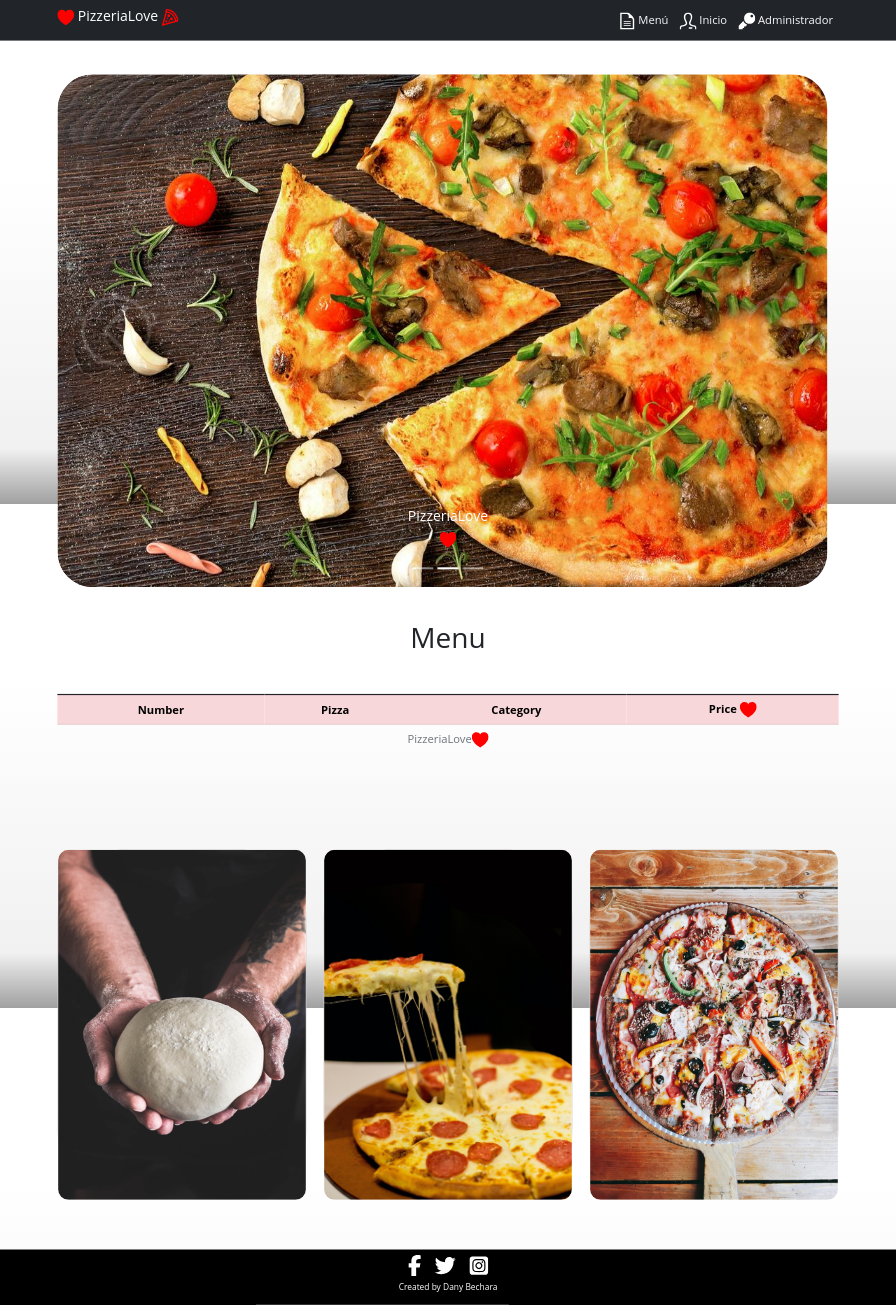
Repository: bechara611/PizzeriaLove
Page: /
These files come from the project's save history. The page is drawn as it stood at one moment and after the next save; the edit follows.
The browser window is 1280 px wide. The pictures show the whole page, at 70% of full size.
The page's requests for data from a server got no answer. Backgrounds fixed to the window are drawn as part of the page. The project was rebuilt for these pictures with package versions that can differ from the ones it lists, and the page was loaded fresh each time. No one was signed in, and anything a server would have sent is missing. Also part of the build but not shown: src/App.css, src/App.js, src/Componentes/FormularioAgregarMenu.css, src/Elementos/Alerta.js, src/Elementos/AlertaRed.js, src/Componentes/FormularioAgregarMenu.js.

Above is the page before, as saved 2022-02-25 22:28:13.

### src/index.js
import React,{useState} from 'react';
import ReactDOM from 'react-dom';
import './index.css';
import 'bootstrap/dist/css/bootstrap.css'
import 'bootstrap/dist/js/bootstrap.bundle.min';
import Header from './Componentes/Header';
import {BrowserRouter,Route, Routes,NavLink} from 'react-router-dom'
import {App,App2} from './App';
import WebFont from 'webfontloader'
import './index.css'
import Carousel from './Componentes/Carousel';
import Menu from './Componentes/Menu';
import Footer from './Componentes/Footer';
import { FormularioAgregarMenu } from './Componentes/FormularioAgregarMenu';
import Galeria from './Componentes/Galeria';

WebFont.load({
  google: {
    families: ['Open Sans:400,500,700', 'Sans-serif']
  }
});

const Index = () => {
  const [administrador,cambiaradministrador]=useState(false);
  const [admin,cambiaradmin]=useState('');
  return (
  <BrowserRouter>
     <Header administrador={administrador} cambiaradministrador={cambiaradministrador} cambiaradmin={cambiaradmin} admin={admin}></Header>
   {admin==='admin' ? <h2 className='my-5 tittle text-dark text-center'>ADMIN</h2>:<></>}
     <Carousel></Carousel>

    <Routes>
    <Route path='/' element={<Menu borrar={false} />} ></Route>
    <Route path='/administrador' element={<FormularioAgregarMenu />} ></Route>
    <Route path='/inicio' element={<Menu borrar={false} />} ></Route>
    </Routes>


    <Footer></Footer>
    </BrowserRouter>
    );
}


ReactDOM.render(

  <Index />,
  document.getElementById('root')
);

### src/index.css
* {
  margin: 0;
  font-family:'Open Sans';
  /* Permalink - use to edit and share this gradient: https://colorzilla.com/gradient-editor/#ffffff+0,ffffff+100&1+0,0+100;White+to+Transparent */



}


body
{
  background: rgb(255,255,255);
  background: linear-gradient(180deg, rgba(255,255,255,1) 0%, rgba(255,255,255,1) 35%, rgba(242,241,241,1) 89%, rgba(10,10,10,0.38699229691876746) 100%);

  background-attachment:fixed;
}

### src/Componentes/Header.js
import {NavLink} from 'react-router-dom'
import styled from 'styled-components';
import { BotonTipoNavLink,BotonTipoNavLinkA } from '../Elementos/BotonTipoNavLink';
import {Pizza2,Administrador2,Inicio2,Menu2,Contacto2,Heart2}from '../Elementos/ImagenesSVG';
import {App,App2} from './../App';
import './Header.css'


const Header = ({cambiaradministrador,administrador,cambiaradmin}) => {
    let url1,urladmin;
    url1="/inicio";
    urladmin='/administrador'
      return (
        <>

        <nav className="navbar navbar-expand-sm navbar-dark bg-dark  header_nav">
        <div className="container contenedor1 ">
        <div className='hijo1_header'>
         <BotonTipoNavLink to={url1} className="navbar-brand"> <Heart2 / > PizzeriaLove <Pizza2></Pizza2></BotonTipoNavLink>



        </div>
      <div className='hijo2_header'>
        <button
        className="navbar-toggler mt-2"
        type="button"
        data-bs-toggle="collapse"
        data-bs-target="#menu"
        aria-controls="menu"
        aria-expanded="false"
        aria-label="Mostrar / Ocultar Menu"
      >
        <span className="navbar-toggler-icon"></span>
      </button>

      <div className="collapse navbar-collapse" id="menu">
      <ul className="navbar-nav me-auto mb-2 mb-lg-0 header_menu">
      <li className="nav-item opcion"><a href="#menuu" className="nav-link text-light  opcion" onClick={()=>{cambiaradmin('usuario')}}><Menu2></Menu2> Menú</a></li>
        <li className="nav-item"><BotonTipoNavLinkA to={url1} className="nav-link text-light" onClick={()=>{cambiaradmin('usuario')}}><Inicio2/> Inicio</BotonTipoNavLinkA></li>
        <li className="nav-item"><BotonTipoNavLink to={urladmin} className="nav-link text-light" onClick={()=>{cambiaradmin('admin')}}> <Administrador2 /> Administrador</BotonTipoNavLink></li>
      </ul>

    </div>
    </div>
        </div>

      </nav>

      </>
       );
    }

    export default Header;

### src/Componentes/Carousel.js
import { Heart2 } from '../Elementos/ImagenesSVG'
import imagen1 from './../Imagenes/carousel1.jpg'
import imagen2 from './../Imagenes/carousel2.jpg'
import imagen3 from './../Imagenes/carousel3.jpg'
import './Carousel.css'
const Carousel = () => {
    return (

        <>
<section className="main">
  <div className="container">
    <div className="row mt-5">
      <div className="col">
        <div className="carousel slide carousel-fade" id="mi-carousel" data-bs-ride="carousel">
          <div className="carousel-inner">
            <div className="carousel-item active">
            <div className="carousel-caption">
            <h5>PizzeriaLove</h5>
            <p><Heart2></Heart2></p>
          </div>
              <img className="img-fluid" src={imagen1} alt='' />
            </div>

            <div className="carousel-item" data-bs-interval="5000">
              <div className="carousel-caption">
                <h5>PizzeriaLove</h5>
                <p><Heart2></Heart2></p>
              </div>
              <img className="img-fluid" src={imagen2}  alt=''/>
            </div>
            <div className="carousel-item">
            <div className="carousel-caption">
            <h5>PizzeriaLove</h5>
            <p><Heart2></Heart2></p>
          </div>
            <img className="img-fluid" src={imagen3} alt='' />
            </div>
          </div>



          <button
            className="carousel-control-prev botonprev"
            type="button"
            data-bs-target="#mi-carousel"
            data-bs-slide="prev"
          >
            <span className="carousel-control-prev-icon  icono" aria-hidden="true"></span>
            <span className="visually-hidden">Prev</span>
          </button>
          <button
            className="carousel-control-next"
            type="button"
            data-bs-target="#mi-carousel"
            data-bs-slide="next"
          >
            <span className="carousel-control-next-icon icono" aria-hidden="true"></span>
            <span className="visually-hidden">Next</span>
          </button>




          <div className="carousel-indicators">
            <button
              type="button"
              className="active"
              data-bs-target="#mi-carousel"
              data-bs-slide-to="0"
              aria-label="Slide 1"
            ></button>
            <button
              type="button"
              className=""
              data-bs-target="#mi-carousel"
              data-bs-slide-to="1"
              aria-label="Slide 2"
            ></button>
            <button
              type="button"
              className=""
              data-bs-target="#mi-carousel"
              data-bs-slide-to="2"
              aria-label="Slide 3"
            ></button>
          </div>
        </div>
      </div>
    </div>
  </div>

</section>


        </>
     );
}

export default Carousel;

### src/Componentes/Menu.js
import React from 'react'
import { Heart2, Trash2 } from '../Elementos/ImagenesSVG';
import { db } from '../Firebase/FirebaseConfig';
import './Menu.css'
import useObtenerMenu from '../Hooks/useObtenerMenu';
import BorrarDocumento from '../Firebase/Borrar';
import Galeria from './Galeria';

const Menu = ({borrar}) => {
   const [platos,cambiarplatos]=useObtenerMenu();


    return (
        <>
        <div className="container contenedor-tabla">
        <div className="row my-5">

        <div className="col titulo">
        {borrar===true ?   <h1 className=''>Admin, you can delete a plate here:</h1> :    <h1 className=''>Menu</h1>}

        </div>
        </div>
            <div className="row my-5">

             <div className="table-responsive " id='menuu'>
            <table className="table table-hover table" >
            <caption className='captionMenu'>PizzeriaLove<Heart2></Heart2></caption>
             <thead>
             <tr className={borrar===true?'table-success' : 'table-danger'}>
             <th>Number</th>
             <th>Pizza</th>
             <th>Category </th>
             <th>Price <Heart2></Heart2> </th>
             </tr>
             </thead>
             <tbody>
             {
                 platos.map((plato,index)=>{
                     return <React.Fragment key={index}>
                     <tr onClick={()=>{


                     }} >
                     <td>{index +1}</td>
                     <td>{plato.plato}</td>
                     <td>{plato.categorias}</td>
                     {borrar===true ?    <td>{plato.precio}$  <Trash2 onClick={()=>{
                        if (borrar===true) {
                            BorrarDocumento(plato.id)
                         }
                     }}></Trash2> </td> : <td>{plato.precio}</td> }

                     </tr>
                     </React.Fragment>
                 })
             }
             </tbody>
             </table>
            </div>


            </div>
        </div>
        <Galeria></Galeria>
        </>

        )

}

export  default Menu;

### src/Componentes/Footer.js
import styled from "styled-components";
import './Footer.css'
import { FontAwesomeIcon } from '@fortawesome/react-fontawesome'
import { faCoffee } from '@fortawesome/free-solid-svg-icons'
import {  faFacebookF,faInstagramSquare,faTwitter } from '@fortawesome/free-brands-svg-icons';
import useObtenerMenu from "../Hooks/useObtenerMenu";


const Footer = () => {
    let face='https://www.facebook.com';
    let insta='https://www.instagram.com';
    let twitter='https://www.twitter.com';
    let nuevaPestana="_blank"

    return (
        <>
        <div className="container-fluid " >
        <div className="row fila">
        <footer className="col-12 footer">
        <a href={face} target={nuevaPestana} className='face'><FontAwesomeIcon icon={faFacebookF}/></a>
        <a href={twitter} target={nuevaPestana} className='twitter'><FontAwesomeIcon icon={faTwitter}/></a>
        <a href={insta} target={nuevaPestana} className='instagram'><FontAwesomeIcon icon={faInstagramSquare}/></a>

        </footer>
        <p className="col-12">Created by Dany Bechara</p>
        </div>
        </div>
        </>
     );
}

export default Footer;

### src/Componentes/Galeria.js
import React from 'react';
import './Galeria.css'
import  Pizza1 from './../Imagenes/Pizza1.jpg'
import  Pizza2 from './../Imagenes/Pizza2.jpg'
import  Pizza3 from './../Imagenes/Pizza3.jpg'
import  Pizza4 from './../Imagenes/Pizza4.jpg'
import  Pizza5 from './../Imagenes/Pizza5.jpg'
import  Pizza6 from './../Imagenes/Pizza6.jpg'
import  Pizza7 from './../Imagenes/Pizza7.jpg'

import {ReactComponent as Menu} from './../Imagenes/Menu.svg'
const Galeria = () => {
    return (

        <>
        <div className="container   py-5">
    <div className="row my-4 ">
        <div className="col-lg-4">
            <div className="card cardcita">
           < img src={Pizza5} alt="" className=" cardcitaImagen"></img>
            </div>
        </div>
        <div className="col-lg-4">
            <div className="card cardcita">
           < img src={Pizza2} alt="" className="cardcitaImagen"></img>
            </div>
        </div>
        <div className="col-lg-4">
            <div className="card cardcita">
           < img src={Pizza3} alt="" className="cardcitaImagen"></img>
            </div>
        </div>
    </div>


        </div>
        </>
     );
}

export default Galeria;

### src/Elementos/BotonTipoNavLink.js
import styled from "styled-components"
import { NavLink } from "react-router-dom"
    const BotonTipoNavLink = styled(NavLink)`
    &:hover
    {
      text-decoration: underline;
      color: black;
    }
    `

    const BotonTipoNavLinkA=styled(BotonTipoNavLink)`
    text-decoration: none;
      color: black;
      cursor:pointer;
    `
    export {BotonTipoNavLink,BotonTipoNavLinkA}

### src/Elementos/ImagenesSVG.js
import styledComponents from 'styled-components';
import {ReactComponent as Pizza} from './../Imagenes/Pizza.svg'
import {ReactComponent as Inicio} from './../Imagenes/Inicio.svg'
import {ReactComponent as Menu} from './../Imagenes/Menu.svg'
import {ReactComponent as Administrador} from './../Imagenes/Administrador.svg'
import {ReactComponent as Contacto} from './../Imagenes/Contacto.svg'
import {ReactComponent as Heart} from './../Imagenes/Heart.svg'
import {ReactComponent as Trash} from './../Imagenes/Trash.svg'
const Pizza2 = styledComponents(Pizza)`
font-size:10px;
z-index: 1;
color:white;
fill:red;

`;
const Inicio2 = styledComponents(Inicio)`
font-size:10px;
z-index: 1;
color:white;
fill:white;

`;
const Menu2 = styledComponents(Menu)`
font-size:10px;
z-index: 1;
color:white;
fill:white;

`;
const Administrador2 = styledComponents(Administrador)`
font-size:10px;
z-index: 1;
color:white;
fill:white;

`;

const Contacto2 = styledComponents(Contacto)`
font-size:10px;
z-index: 1;
color:white;
fill:white;

`;

const Heart2 = styledComponents(Heart)`
font-size:10px;
z-index: 1;
color:white;
fill:red;

`;

const Trash2=styledComponents(Trash)`
fill:blue;
cursor:pointer;
`

export {Pizza2,Administrador2,Inicio2,Menu2, Contacto2,Heart2,Trash2}

### src/Componentes/Header.css

*{
   box-sizing: border-box;
   margin: 0;
   padding: 0;


}
.header_nav2
{
    /* margin-top: -8px; */
    background: -moz-linear-gradient(top,  rgba(211,126,128,1) 0%, rgba(146,171,207,0) 76%, rgba(134,179,222,0) 90%, rgba(125,185,232,0) 100%); /* FF3.6-15 */
background: -webkit-linear-gradient(top,  rgba(211,126,128,1) 0%,rgba(146,171,207,0) 76%,rgba(134,179,222,0) 90%,rgba(125,185,232,0) 100%); /* Chrome10-25,Safari5.1-6 */
background: linear-gradient(to bottom,  rgba(211,126,128,1) 0%,rgba(146,171,207,0) 76%,rgba(134,179,222,0) 90%,rgba(125,185,232,0) 100%); /* W3C, IE10+, FF16+, Chrome26+, Opera12+, Safari7+ */
filter: progid:DXImageTransform.Microsoft.gradient( startColorstr='#d37e80', endColorstr='#007db9e8',GradientType=0 ); /* IE6-9 */


}
body
{
    /* background: url(./../Imagenes/textura.png);
	background-repeat: repeat;
	background-attachment: fixed; */
}

.nav
{


}

.contenedor12
{

    /* min-height: 300px;  */
}

.hijo1_header
{
    align-self: start;
    /* margin-top: 2%; */

}
.hijo2_header
{
    /* margin-top: 2%; */
    align-self: start;
}
.header_menu
{

}

.opcion
{
text-decoration: dotted;
display: inline-block;
opacity: 1;

}



.opcion:hover
{
    text-decoration: underline;
}

.opcion:link
{
color: green;
}

### src/Componentes/Carousel.css
.carousel-inner{border-radius: 50px;}
.carousel-item{border-radius: 50px;}
.img-fluid{border-radius: 50px;}
.icono {
    height: 100px;
    width: 100px;

      /*shape border*/
      border: 5px solid white;
      border-radius: 50%; /*zero for square */
      opacity: 0.3;
      /*symbol */
      color: BLACK;



}
.icono:hover{opacity: 1;}

### src/Firebase/FirebaseConfig.js
import { initializeApp } from "firebase/app";
import { getAnalytics } from "firebase/analytics";
import { getFirestore } from "firebase/firestore";
import { getAuth, createUserWithEmailAndPassword } from "firebase/auth";

const firebaseConfig2 = {
    apiKey: "AIzaSyDhYuWK_8Uy4S-BtkFmFfityIjQnt4M3Is",
    authDomain: "pizzerialove-00.firebaseapp.com",
    projectId: "pizzerialove-00",
    storageBucket: "pizzerialove-00.appspot.com",
    messagingSenderId: "356504995914",
    appId: "1:356504995914:web:c5fee404edbf5f32affeb3",
    measurementId: "G-CK1N9HMEKD"
  };


    const firebaseConfig = {
      apiKey:process.env.REACT_APP_FIREBASE_API_KEY,
      authDomain:process.env.REACT_APP_FIREBASE_AUTH_DOMAIN,
      projectId:process.env.REACT_APP_FIREBASE_PROJECT_ID,
      storageBucket:process.env.REACT_APP_FIREBASE_STORAGE_BUCKET,
      messagingSenderId:process.env.REACT_APP_FIREBASE_MESSAGING_SENDER_ID,
      appId:process.env.REACT_APP_FIREBASE_APP_ID,
      measurementId:process.env.REACT_APP_FIREBASE_MEASUREMENT_ID
    };



// Initialize Firebase
const app = initializeApp(firebaseConfig);
const analytics = getAnalytics(app);
const db= getFirestore();
const auth=getAuth();

export {app,analytics,db,auth};

### src/Componentes/Menu.css
.captionMenu
{
    text-align: center;
}

.titulo{text-align: center;}

td{text-align: center;}
th{text-align: center;}

.basurita{background: black;}

.table-responsive{




    }

### src/Hooks/useObtenerMenu.js
import React,{useEffect,useState} from 'react'
import { db } from '../Firebase/FirebaseConfig';
import { collection,onSnapshot } from 'firebase/firestore';

const useObtenerMenu = () => {
    const [platos,cambiarplatos]=useState([{}])
    useEffect(()=>{

            const FuncionObtenerMenu=onSnapshot(collection(db,'menu'), (snapShot)=>{

               let vectormenu=snapShot.docs.map((documento)=>{
                  // console.log(documento.id)
                    return {...documento.data(),id:documento.id}
                })
              //  console.log(vectormenu);
              cambiarplatos([{}])
                cambiarplatos(vectormenu)
            })




            return FuncionObtenerMenu;
          },[])
          return [platos,cambiarplatos]
}

export default useObtenerMenu;

### src/Firebase/Borrar.js
import { db,app } from './FirebaseConfig'
import {doc,deleteDoc, } from 'firebase/firestore'
const BorrarDocumento =async (id) => {
  try {
  await deleteDoc(doc(db,'menu',id));

   } catch (error) {
    console.log(error)
   }

}

export default BorrarDocumento;

### src/Componentes/Footer.css
.footer
{
    display: flex;
    flex-direction: row;
    justify-content: center;

}
.fila
{
    display: flex;
    justify-content: center;
    text-align: center;
    background: black;
    font-size: 12px;
}
.fila p
{

color: white;
}
.footer a{
    text-decoration: none;
font-size: 30px;
display: inline-block;
color: white;
margin: 0 10px;
}
.face:hover{color: blue;}
.twitter:hover{color: lightblue;}
.instagram:hover{color:#fcaf45}

### src/Componentes/Galeria.css
.cardcita{
   border-radius: 100px;
   max-height: 500px;
   min-height: 500px;

}

.cardcitaImagen
{
    border-radius: 15px;
    max-height: 500px;
   min-height: 500px;

}
.fila
{


}

Loaded but not shown: public/index.html (common file)

After the next save:
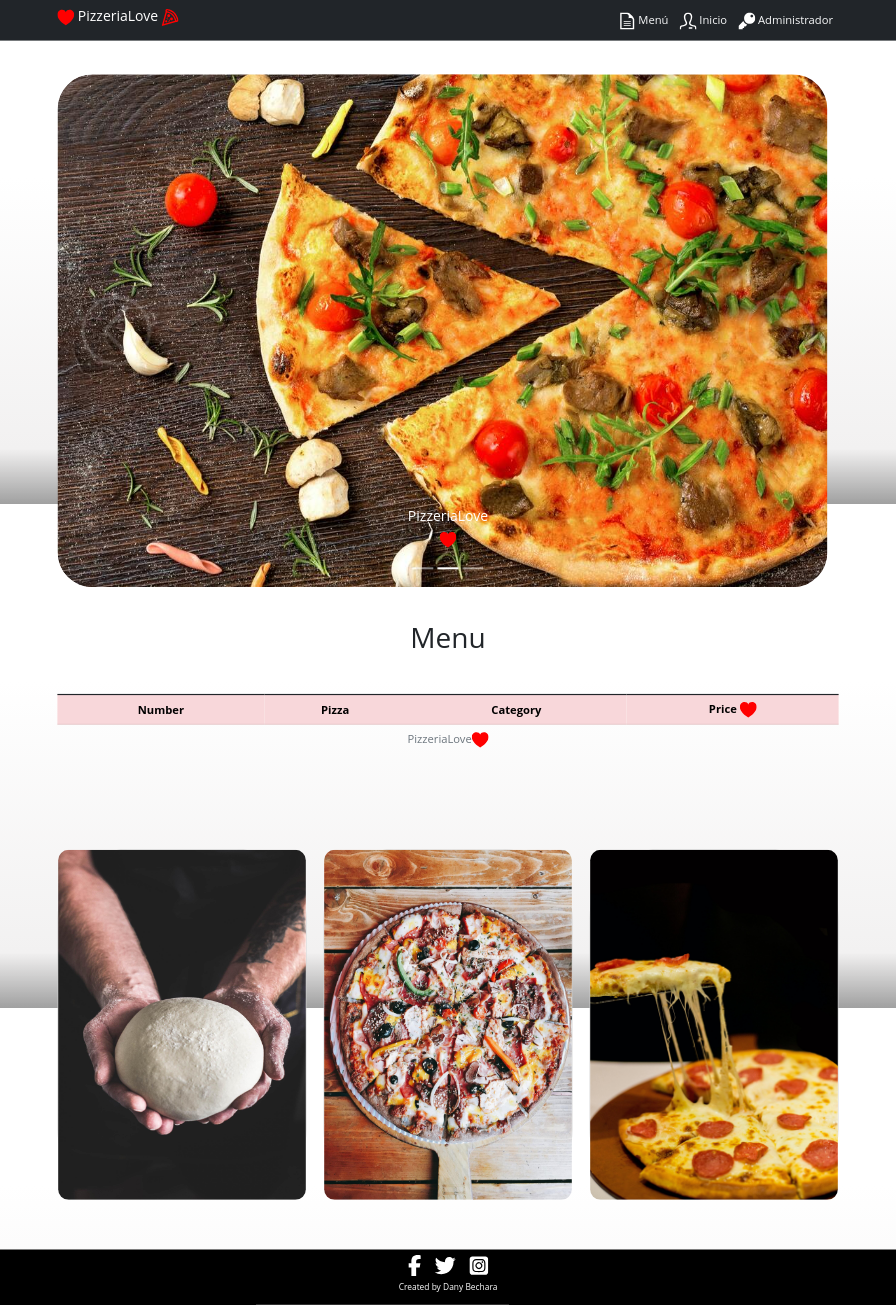
Saved 19 s later.
--- a/src/Componentes/Galeria.js
+++ b/src/Componentes/Galeria.js
@@ -22,12 +22,12 @@ const Galeria = () => {
         </div>
         <div className="col-lg-4">
             <div className="card cardcita">
-           < img src={Pizza2} alt="" className="cardcitaImagen"></img>
+           < img src={Pizza3} alt="" className="cardcitaImagen"></img>
             </div>
         </div>
         <div className="col-lg-4">
             <div className="card cardcita">
-           < img src={Pizza3} alt="" className="cardcitaImagen"></img>
+           < img src={Pizza2} alt="" className="cardcitaImagen"></img>
             </div>
         </div>
     </div>
